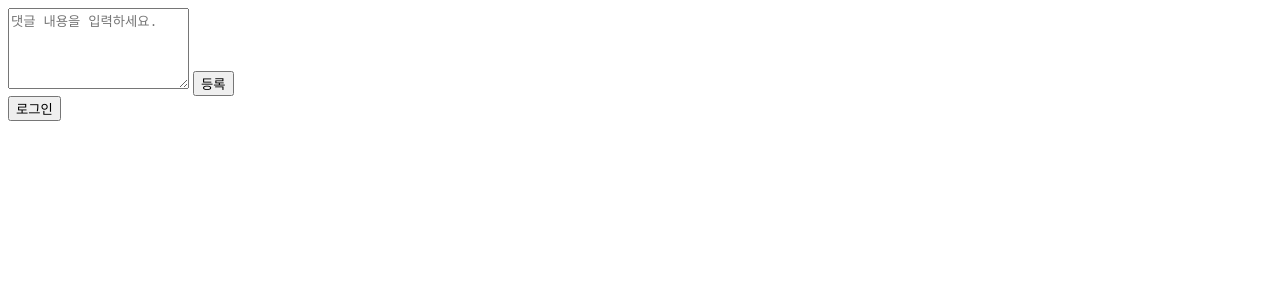
Repository: Seoptrike/jsp
Page: http://localhost/ex04/bbs/comments.jsp
These files come from the project's save history. The page is drawn as it stood at one moment and after the next save; the edit follows.
The browser window is 1280 px wide. The pictures show the whole page.
The page is served by Tomcat 9. Other server files are loaded and not shown.

Above is the page before, as saved 2024-05-03 10:15:01.
Console error: ReferenceError: Handlebars is not defined

### jsp/ex04/src/main/webapp/bbs/comments.jsp
<%@ page language="java" contentType="text/html; charset=UTF-8"
    pageEncoding="UTF-8"%>
<%@taglib prefix="fmt" uri="http://java.sun.com/jsp/jstl/fmt"%>
<style>
	#imgCphoto{
		border-radius:50%;
		border : 1px solid black;
	}
	#delete,#update{
	 	cursor:pointer;
	 	font-size:25px;
	}
</style>

<div class="mt-5 text-end" id="div_insert">
	<textarea id="contents" rows="5" class="form-control" placeholder="댓글 내용을 입력하세요."></textarea>
	<button class="btn btn-dark px-5 mt-2 insert">등록</button>
</div>
<div class="mt-5" id="div_login">
	<button class="btn btn-success w-100">로그인</button>
</div>

<div class="card-body">
	<div id= "div_comments"></div>
</div>
<div id="pagination" class="pagination justify-content-center mt-5"></div>

<script id="temp_comments" type="x-handlebars-template">

	{{#each .}}
		<div class="row mt-5">
			<div class="col-2">
				<img id="imgCphoto" width=80 height=80 src="{{photo}}"/>
			</div>
			<div class="col-10">
				<div class="row">
					<div class="col">
						<span><b>{{cid}}</b> :</span>
						<span>{{writer}}</span>
						<span>{{cdate}}</span>
					</div>
					<div class="col text-end"></span>
						<span><i class="bi bi-pencil-square update" style="{{update writer}}"></i>
						<span><i class="bi bi-trash3 ms-3 delete" style="{{delete writer}}" cid="{{cid}}"></i></span>
					</div>
				</div>
				<div class="row mt-3">
					<div class="mb-3 ellipsis2">:{{contents}}</div>
				</div>
			</div>
		</div>
	{{/each}}
</script>
<script>
	Handlebars.registerHelper("delete",function(writer){
		if(uid!=writer){
			return "display:none";
		}
	});

	Handlebars.registerHelper("update",function(writer){
		if(uid!=writer){
			return "display:none";
		}
	});
</script>

<script>
	const bid= "${bbs.bid}";
	let page=1;
	let size=3;
	if(uid){
		$("#div_insert").show();
		$("#div_login").hide();
	}else{
		$("#div_insert").hide();
		$("#div_login").show();
	}
	//수정 버튼을 클릭한 경우
	$("#div_comments").on("click",".update",function(){
		$("#modalUpdate").modal("show");

	})

	//삭제 버튼을 클릭한 경우
	$("#div_comments").on("click",".delete", function(){
		const cid=$(this).attr("cid");
		if(confirm(cid+ " 번 댓글을 삭제하실래요?")){
			$.ajax({
				type:"post",
				url:"/com/delete",
				data:{cid},
				success:function(){
					alert("삭제완료!")
					getTotal();
				}
			})
		}
	})

	//로그인 버튼을 클릭한 경우
	$("#div_login").on("click",function(){
		sessionStorage.setItem("target", "/bbs/read?bid=" + bid);
		location.href="/user/login";
	})

	// 등록 버튼을 클릭한 경우

	$("#div_insert").on("click", ".insert", function(){
		const contents=$("#contents").val();
		if(contents==""){
			alert("댓글내용을 입력하세요!");
			$("#contents").focus();
			return;
		}else{
		$.ajax({
			type:"post",
			url:"/com/insert",
			data:{bid, contents, uid},
			success:function(){
				page=1;
				getTotal();
				contents=$("#contents").val("");
			}
		})
	}
	})

	getData();
	function getData(){
		$.ajax({
			type:"get",
			url:"/com/list.json",
			data:{bid, page, size},
			dataType:"json",
			success:function(data){
				const temp=Handlebars.compile($("#temp_comments").html());
				$("#div_comments").html(temp(data));
			}
		})
	}

	getTotal();
	function getTotal(){
		$.ajax({
			type:"get",
			data:{bid},
			url:"/com/total",
			success:function(data){
				const totalPage=Math.ceil(data/size);
				$("#pagination").twbsPagination("changeTotalPages", totalPage, page);
				$("#total").html("댓글수:" + data + "건")
				}
		});
	}

	 $('#pagination').twbsPagination({
	      totalPages:100,
	      visiblePages: 5,
	      startPage : 1,
	      initiateStartPageClick: false,
	      first:'<i class="bi bi-chevron-double-left text-dark"></i>',
	      prev :'<i class="bi bi-chevron-left text-dark"></i>',
	      next :'<i class="bi bi-chevron-right text-dark"></i>',
	      last :'<i class="bi bi-chevron-double-right text-dark"></i>',
	      onPageClick: function (event, clickPage) {
	          page=clickPage;
	          getData();
	      }
	   });
</script>

### jsp/ex04/src/main/webapp/bbs/modal_update.jsp
<%@ page language="java" contentType="text/html; charset=UTF-8"
    pageEncoding="UTF-8"%>

<div class="modal fade" id="modalUpdate" data-bs-backdrop="static" data-bs-keyboard="false" tabindex="-1" aria-labelledby="staticBackdropLabel" aria-hidden="true">
  <div class="modal-dialog">
    <div class="modal-content">
      <div class="modal-header">
        <h1 class="modal-title fs-5" id="staticBackdropLabel">Modal title</h1>
        <button type="button" class="btn-close" data-bs-dismiss="modal" aria-label="Close"></button>
      </div>
      <div class="modal-body">
        ...
      </div>
      <div class="modal-footer">
        <button type="button" class="btn btn-secondary" data-bs-dismiss="modal">Close</button>
        <button type="button" class="btn btn-primary">Understood</button>
      </div>
    </div>
  </div>
</div>

After the next save:
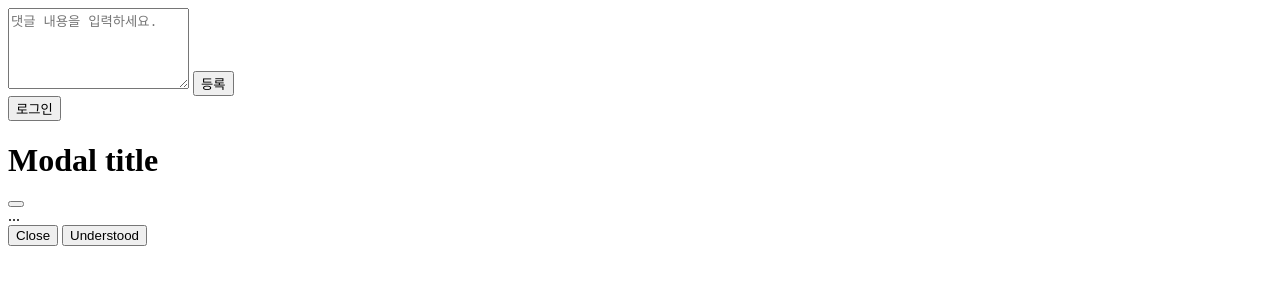
Saved 48 s later.
--- a/jsp/ex04/src/main/webapp/bbs/comments.jsp
+++ b/jsp/ex04/src/main/webapp/bbs/comments.jsp
@@ -24,7 +24,7 @@
 	<div id= "div_comments"></div>
 </div>
 <div id="pagination" class="pagination justify-content-center mt-5"></div>
-
+<jsp:include page="modal_update.jsp"/>
 <script id="temp_comments" type="x-handlebars-template">
 
 	{{#each .}}
